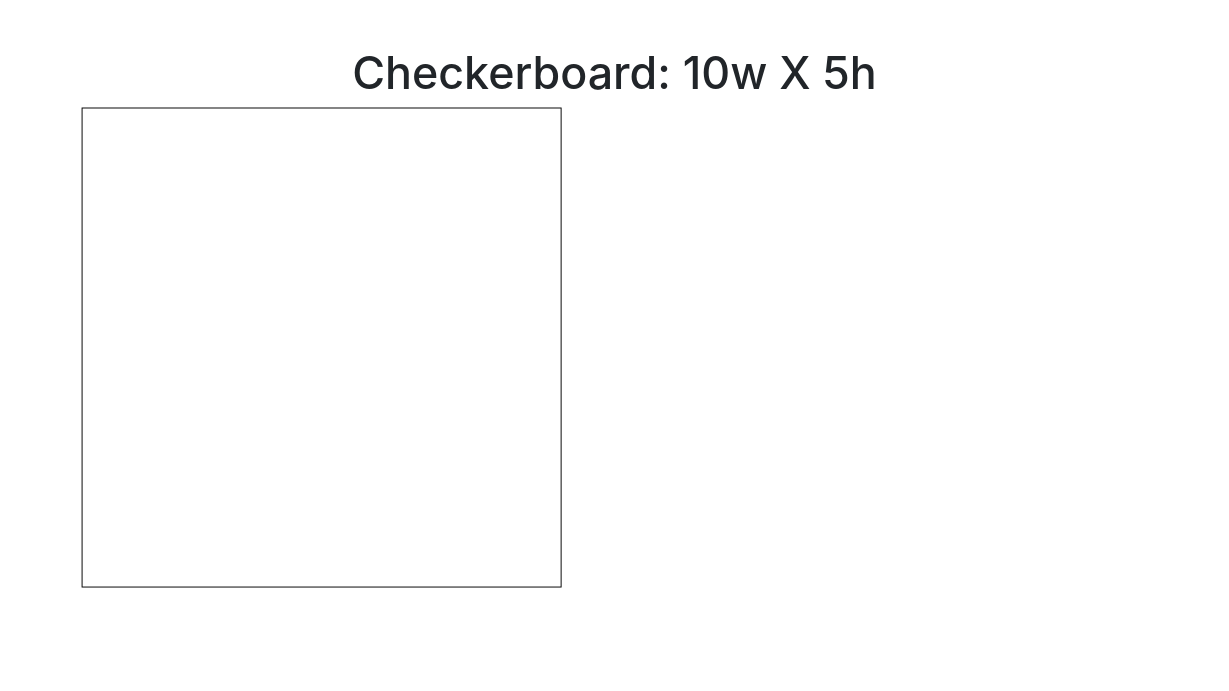
Repository: ACow3/java
Page: http://localhost/Checkerboard/checkerboard.jsp
An editor plug-in stored every save of this project. The page is shown before and after the next save, followed by the edit.
The browser window is 1280 px wide. The pictures show the whole page, at 96% of full size.
The page is served by Tomcat 9.

Above is the page before, as saved 2019-08-09 00:51:27.

### javaOOP/Checkerboard/WebContent/checkerboard.jsp
<%@ page language="java" contentType="text/html; charset=UTF-8"
    pageEncoding="UTF-8"%>
<!DOCTYPE html>
<html>
<head>
<meta charset="UTF-8">
<link rel="stylesheet" href="https://stackpath.bootstrapcdn.com/bootstrap/4.3.1/css/bootstrap.min.css" integrity="sha384-ggOyR0iXCbMQv3Xipma34MD+dH/1fQ784/j6cY/iJTQUOhcWr7x9JvoRxT2MZw1T" crossorigin="anonymous">
<title>Checkerboard</title>
<style>
	.container{
		text-align: center;
	}

	.cb_title{
		font-size: 35pt;
		text-align: center;
	}

	.checkerboard{
		border: 1px solid black;
		text-align: center;
		width: 500px;
		height: 500px;
	}
</style>
</head>
<body>

	<div class="mastercontainer">
		<div class="container mt-5">
		<h1 class="cb_title">Checkerboard: 10w X 5h</h1>

		<div class="checkerboard"></div>
		</div>

	</div>

</body>
</html>

After the next save:
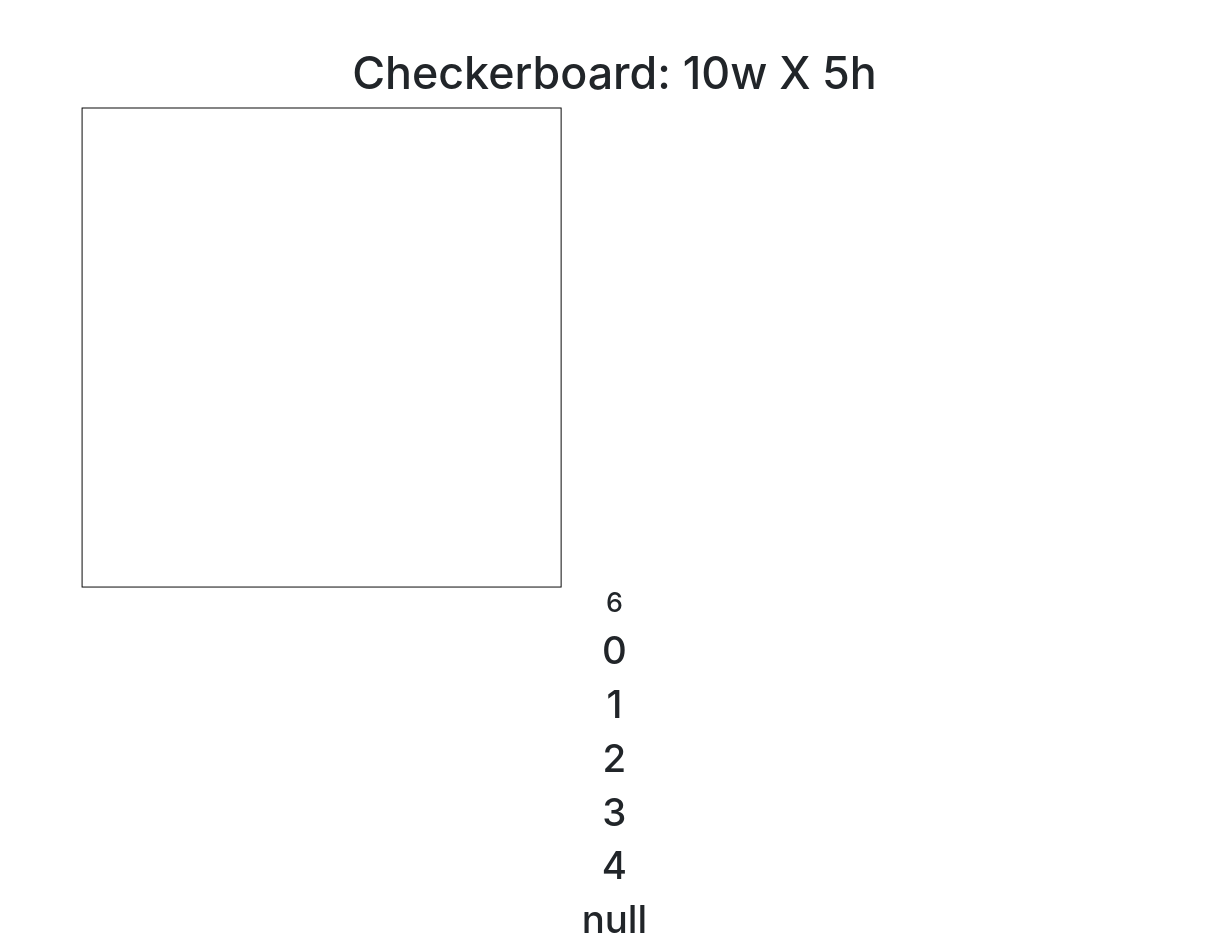
Saved 72 s later.
--- a/javaOOP/Checkerboard/WebContent/checkerboard.jsp
+++ b/javaOOP/Checkerboard/WebContent/checkerboard.jsp
@@ -31,6 +31,29 @@
 		<h1 class="cb_title">Checkerboard: 10w X 5h</h1>
 
 		<div class="checkerboard"></div>
+
+			<%!
+	public int add(int a, int b) {
+		return a + b;
+	}
+	%>
+
+	<%
+	int i = 2;
+	int j = 4;
+	%>
+
+	<h3><%= add(i, j) %></h3>
+	<% for(int index = 0; index < 5; index++) { %>
+		<h1><%= index %></h1>
+	<% } %>
+
+	<!-- getting the value for the name parameter -->
+    <% String req = request.getParameter("name"); %>
+    <!-- displaying the value -->
+    <h1><%= req %></h1>
+
+
 		</div>
 
 	</div>
